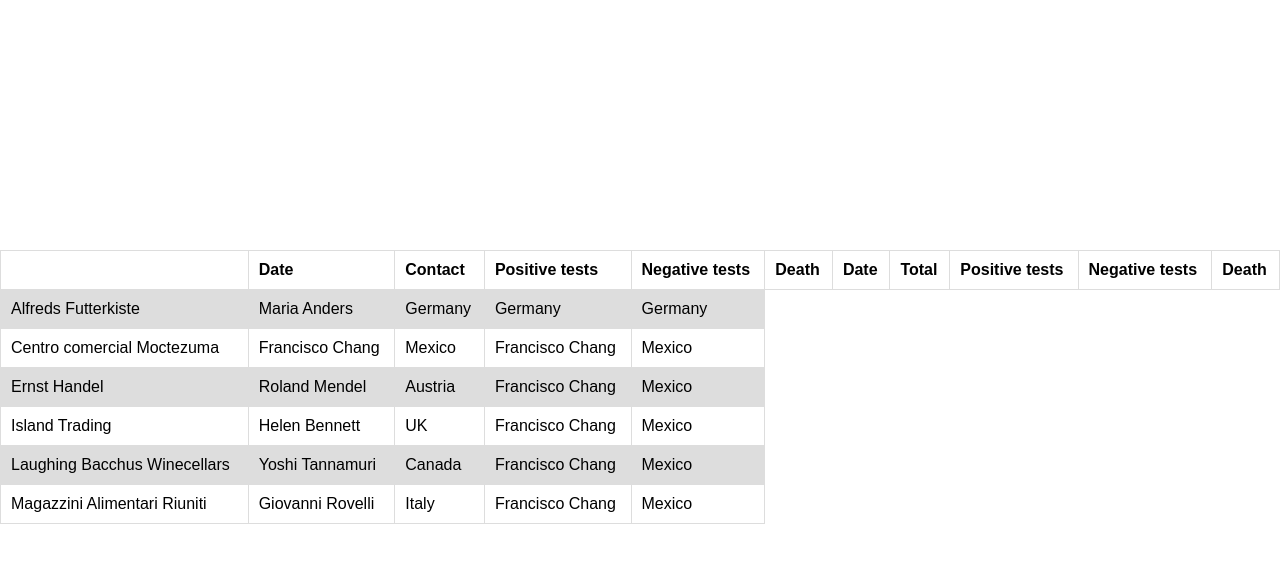
Repository: Seryozha02/ApiRequests
Page: index.html
An editor plug-in stored every save of this project. The page is shown before and after the next save, followed by the edit.
The browser window is 1280 px wide. The pictures show the whole page.

Above is the page before, as saved 2022-09-22 21:30:44.

### index.html
<!DOCTYPE html>
<html lang="en">
<head>
    <meta charset="UTF-8">
    <meta http-equiv="X-UA-Compatible" content="IE=edge">
    <meta name="viewport" content="width=device-width, initial-scale=1.0">
    <title>Request's</title>
    <link rel="stylesheet" href="style.css">
</head>
<body>
    <table class="requests">
        <th>
            <th>Date</th>
            <th>Contact</th>
            <th>Positive tests</th>
            <th>Negative tests</th>
            <th>Death</th>
        </th>
        <th>Date</th>
        <th>Total</th>
        <th>Positive tests</th>
        <th>Negative tests</th>
        <th>Death</th>
        <tr>
          <td>Alfreds Futterkiste</td>
          <td>Maria Anders</td>
          <td>Germany</td>
          <td>Germany</td>
          <td>Germany</td>
        </tr>
        <tr>
          <td>Centro comercial Moctezuma</td>
          <td>Francisco Chang</td>
          <td>Mexico</td>
          <td>Francisco Chang</td>
          <td>Mexico</td>
        </tr>
        <tr>
          <td>Ernst Handel</td>
          <td>Roland Mendel</td>
          <td>Austria</td>
          <td>Francisco Chang</td>
          <td>Mexico</td>
        </tr>
        <tr>
          <td>Island Trading</td>
          <td>Helen Bennett</td>
          <td>UK</td>
          <td>Francisco Chang</td>
          <td>Mexico</td>
        </tr>
        <tr>
          <td>Laughing Bacchus Winecellars</td>
          <td>Yoshi Tannamuri</td>
          <td>Canada</td>
          <td>Francisco Chang</td>
          <td>Mexico</td>
        </tr>
        <tr>
          <td>Magazzini Alimentari Riuniti</td>
          <td>Giovanni Rovelli</td>
          <td>Italy</td>
          <td>Francisco Chang</td>
          <td>Mexico</td>
        </tr>
      </table>
</body>
<script src="script.js"></script>
</html>

### style.css
* {
        margin: 0;
        padding: 0;
        box-sizing: border-box;
}

.requests {
    font-family: arial, sans-serif;
    border-collapse: collapse;
    width: 100%;
    margin-top: 250px;
  }

  td, th {
    border: 1px solid #dddddd;
    text-align: left;
    padding: 10px;

  }

  tr:nth-child(even) {
    background-color: #dddddd;
  }

Loaded but not shown: script.js (no copy from this time; the picture is the same without it)

After the next save:
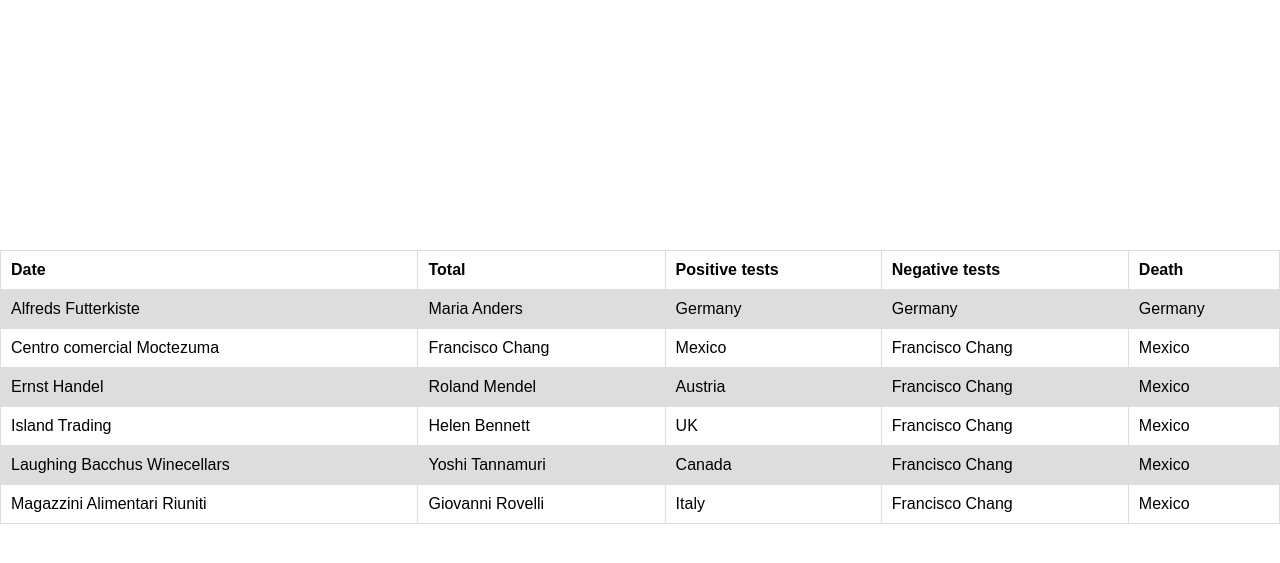
Saved 4 s later.
--- a/index.html
+++ b/index.html
@@ -9,13 +9,6 @@
 </head>
 <body>
     <table class="requests">
-        <th>
-            <th>Date</th>
-            <th>Contact</th>
-            <th>Positive tests</th>
-            <th>Negative tests</th>
-            <th>Death</th>
-        </th>
         <th>Date</th>
         <th>Total</th>
         <th>Positive tests</th>
